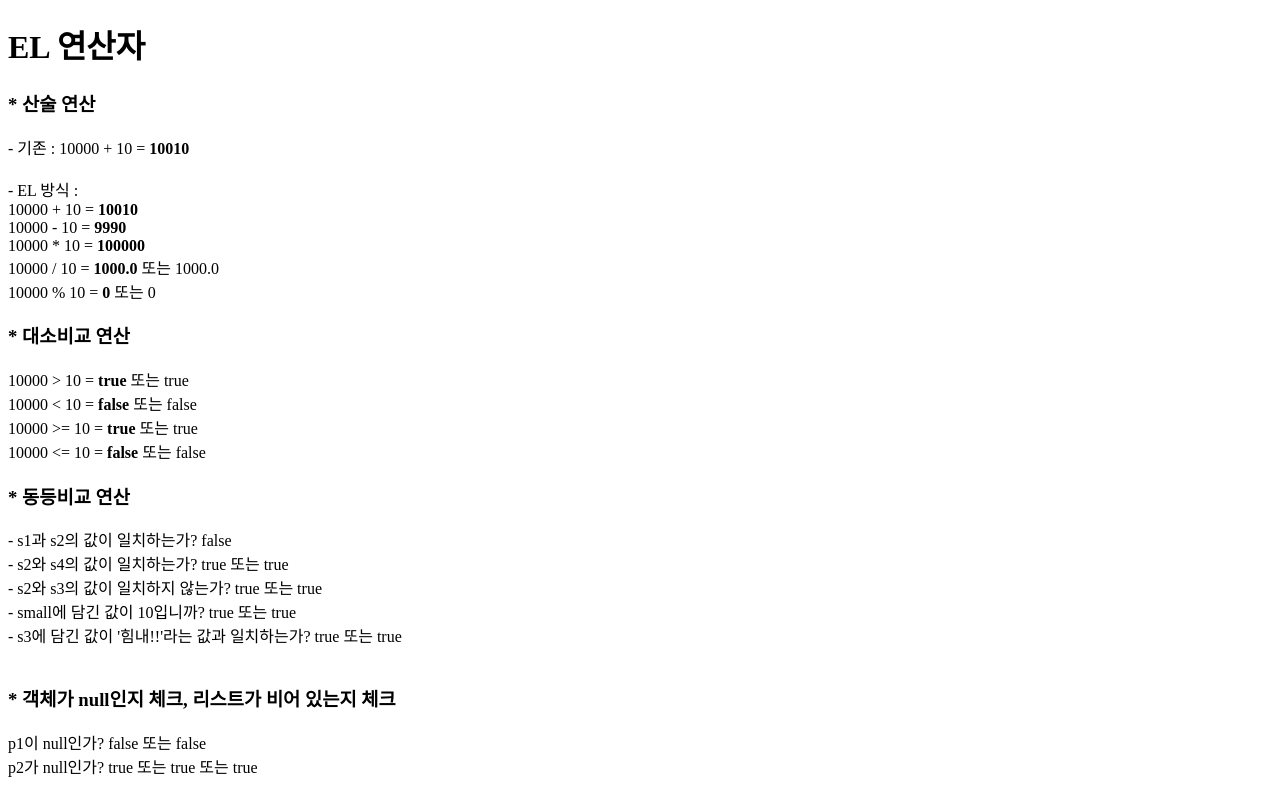
Repository: hailey-516/servlet
Page: http://localhost/3_elAction/operator.do
The author's editor kept a copy of each file at every save. The page is drawn from the files as they stood at one save, then again after the next save.
The browser window is 1280 px wide. The pictures show the whole page.
The page is served by Tomcat 9. Other server files are loaded and not shown.

Above is the page before, as saved 2024-08-26 05:33:14.

### 3_elAction/src/main/webapp/views/1_EL/02_elOperator.jsp
<%@ page language="java" contentType="text/html; charset=UTF-8"
    pageEncoding="UTF-8"%>
<!DOCTYPE html>
<html>
<head>
<meta charset="UTF-8">
<title>EL 연산자</title>
</head>
<body>
	<h1>EL 연산자</h1>

	<h3>* 산술 연산</h3>
	- 기존 : 10000 + 10 = <b><%= (int)request.getAttribute("big") + (int)request.getAttribute("small") %></b>
	<br><br>

	- EL 방식 : <br>
	10000 + 10 = <b>${ big + small }</b> <br>
	10000 - 10 = <b>${ big - small }</b> <br>
	10000 * 10 = <b>${ big * small }</b> <br>
	10000 / 10 = <b>${ big / small }</b> 또는 ${ big div small } <br>
	10000 % 10 = <b>${ big % small }</b> 또는 ${ big mod small } <br>

	<h3>* 대소비교 연산</h3>
	10000 &gt; 10 = <b>${ big > small }</b> 또는 ${ big gt small } <br>
	10000 &lt; 10 = <b>${ big < small }</b> 또는 ${ big lt small } <br>
	10000 &gt;= 10 = <b>${ big >= small }</b> 또는 ${ big ge small} <br>
	10000 &lt;= 10 = <b>${ big <= small }</b> 또는 ${ big le small } <br>

	<h3>* 동등비교 연산</h3>
	<!--  EL에서는 문자열 동등비교가 자바에서의 equals와 같이 동작됨! -->
	- s1과 s2의 값이 일치하는가? ${ s1 == s2 } <br>
	- s2와 s4의 값이 일치하는가? ${ s2 == s4 } 또는 ${ s2 eq s4 }<br>

	- s2와 s3의 값이 일치하지 않는가? ${ s2 != s3 } 또는 ${ s2 ne s3 } <br>

	- small에 담긴 값이 10입니까? ${ small == 10 } 또는 ${ small eq 10 } <br>

	<!-- EL에서는 문자열 리터럴 표현 시 작은따옴표, 큰따옴표 상관없이 사용 가능 -->
	- s3에 담긴 값이 '힘내!!'라는 값과 일치하는가? ${ s3 == "힘내!!" } 또는 ${ s3 eq '힘내!!' } <br>
	<br>

	<h3>* 객체가 null인지 체크, 리스트가 비어 있는지 체크</h3>
	p1이 null인가? ${ p1 == null } 또는 ${ p1 eq null }<br>
	p2가 null인가? ${ p2 == null } 또는 ${ p2 eq null }  또는 ${ empty p2 }<br>






</body>
</html>

### 3_elAction/src/main/java/com/kh/controller/OperatorServlet.java
package com.kh.controller;

import java.io.IOException;
import java.util.ArrayList;

import javax.servlet.ServletException;
import javax.servlet.annotation.WebServlet;
import javax.servlet.http.HttpServlet;
import javax.servlet.http.HttpServletRequest;
import javax.servlet.http.HttpServletResponse;

import com.kh.model.vo.Person;

/**
 * Servlet implementation class OperatorServlet
 */
@WebServlet("/operator.do")
public class OperatorServlet extends HttpServlet {
	private static final long serialVersionUID = 1L;

    /**
     * @see HttpServlet#HttpServlet()
     */
    public OperatorServlet() {
        super();
        // TODO Auto-generated constructor stub
    }

	/**
	 * @see HttpServlet#doGet(HttpServletRequest request, HttpServletResponse response)
	 */
	protected void doGet(HttpServletRequest request, HttpServletResponse response) throws ServletException, IOException {

		request.setAttribute("big", 10000);
		request.setAttribute("small", 10);

		request.setAttribute("s1", "배고파");
		request.setAttribute("s2", "");
		request.setAttribute("s3", "힘내!!");
		request.setAttribute("s4", "");

		request.setAttribute("p1", new Person("카리나", 25, "여자"));
		request.setAttribute("p2", null);

		ArrayList<String> list1 = new ArrayList<>();
		request.setAttribute("l1", list1);

		ArrayList<String> list2 = new ArrayList<>();
		list2.add("Drama");
		list2.add("Armageddon");
		request.setAttribute("l2", list2);

		request.getRequestDispatcher("views/1_EL/02_elOperator.jsp").forward(request, response);;
	}

	/**
	 * @see HttpServlet#doPost(HttpServletRequest request, HttpServletResponse response)
	 */
	protected void doPost(HttpServletRequest request, HttpServletResponse response) throws ServletException, IOException {
		// TODO Auto-generated method stub
		doGet(request, response);
	}

}

### 3_elAction/src/main/java/com/kh/model/vo/Person.java
package com.kh.model.vo;

public class Person {
	// 필드부 (변수)
	private String name;
	private int age;
	private String gender;

	// 생성자부
	public Person() {

	}

	public Person(String name, int age, String gender) {
		this.name = name;
		this.age = age;
		this.gender = gender;
	}

	// 메소드부
	// getter/setter
	public String getName() {
		return name;
	}

	public void setName(String name) {
		this.name = name;
	}

	public int getAge() {
		return age;
	}

	public void setAge(int age) {
		this.age = age;
	}

	public String getGender() {
		return gender;
	}

	public void setGender(String gender) {
		this.gender = gender;
	}

	// toString() => 필드부에 저장된 값들을 확인하는 용도
	@Override
	public String toString() {
		return "Person [name=" + name + ", age=" + age + ", gender=" + gender + "]";
	}

}

After the next save:
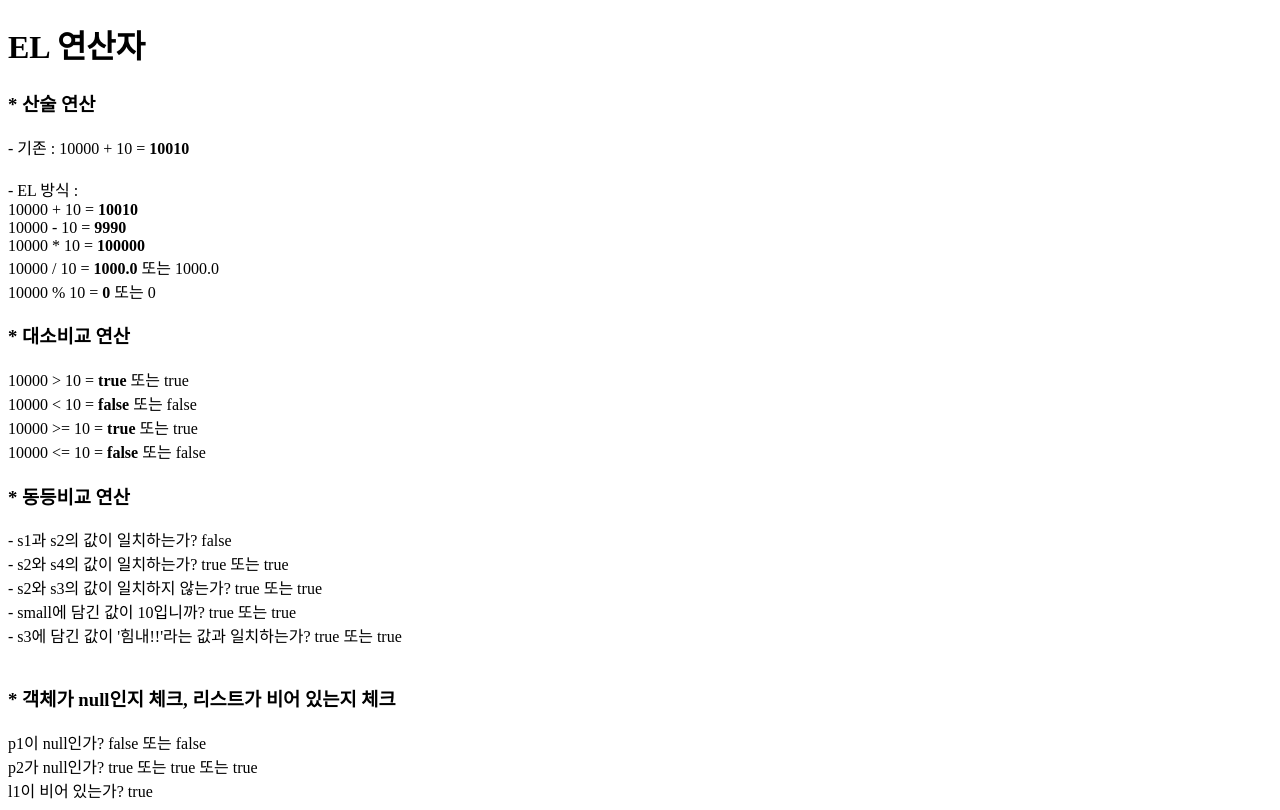
Saved 33 s later.
--- a/3_elAction/src/main/webapp/views/1_EL/02_elOperator.jsp
+++ b/3_elAction/src/main/webapp/views/1_EL/02_elOperator.jsp
@@ -43,6 +43,7 @@
 	p1이 null인가? ${ p1 == null } 또는 ${ p1 eq null }<br>
 	p2가 null인가? ${ p2 == null } 또는 ${ p2 eq null }  또는 ${ empty p2 }<br>
 
+	l1이 비어 있는가? ${ empty l1 }
 
 
 
